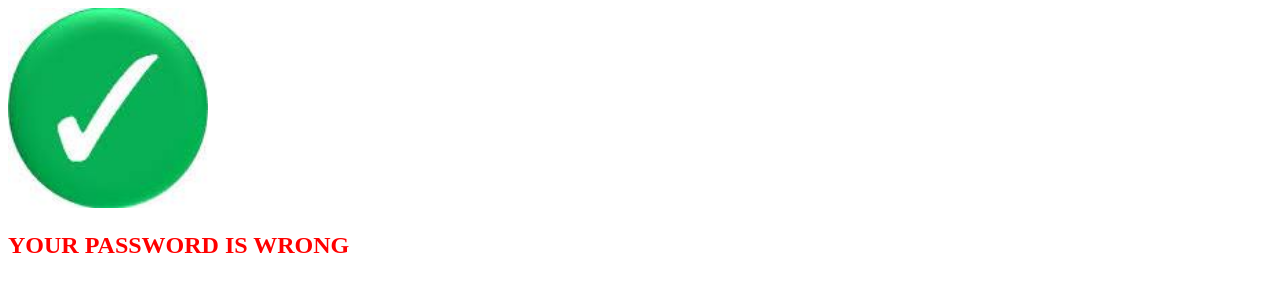
Repository: arindamslt/JEECoding
Page: http://localhost/JSP_Include_Forward_Demo/Display.jsp
The author's editor kept a copy of each file at every save. The page is drawn from the files as they stood at one save, then again after the next save.
The browser window is 1280 px wide. The pictures show the whole page.
The page is served by Tomcat 9.

Above is the page before, as saved 2025-07-17 14:55:15.

### JSP_Include_Forward_Demo/src/main/webapp/Display.jsp
<%@ page language="java" contentType="text/html; charset=ISO-8859-1"
    pageEncoding="ISO-8859-1"%>
 <jsp:include page="Img1.jsp"></jsp:include>
<!DOCTYPE html>
<html>
<head>
<meta charset="ISO-8859-1">
<title>Insert title here</title>
</head>
<body>
<h2 style="color:red;">YOUR PASSWORD IS WRONG</h2>
</body>
</html>

### JSP_Include_Forward_Demo/src/main/webapp/Img1.jsp
<%@ page language="java" contentType="text/html; charset=ISO-8859-1"
    pageEncoding="ISO-8859-1"%>
<!DOCTYPE html>
<html>
<head>
<meta charset="ISO-8859-1">
<title>Insert title here</title>
</head>
<body>
<img src="data:[embedded picture, 4267 characters]"
width="200px"
height="200px"
alt="NO IMAGE"
/>
</body>
</html>

### JSP_Include_Forward_Demo/src/main/webapp/Img2.jsp
<%@ page language="java" contentType="text/html; charset=ISO-8859-1"
    pageEncoding="ISO-8859-1"%>
<!DOCTYPE html>
<html>
<head>
<meta charset="ISO-8859-1">
<title>Insert title here</title>
</head>
<body>
<img src="data:[embedded picture, 5314 characters]"
height="200px"
width="200px"
alt="NO IMAGE"/>
</body>
</html>

After the next save:
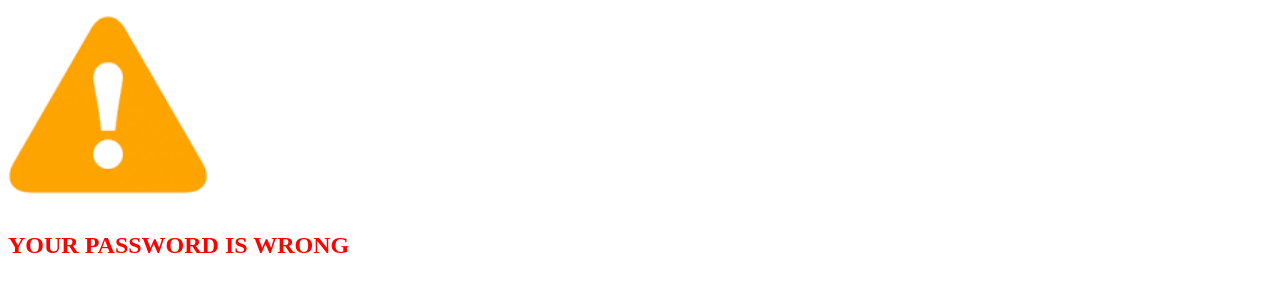
Saved 21 s later.
--- a/JSP_Include_Forward_Demo/src/main/webapp/Display.jsp
+++ b/JSP_Include_Forward_Demo/src/main/webapp/Display.jsp
@@ -1,6 +1,6 @@
 <%@ page language="java" contentType="text/html; charset=ISO-8859-1"
     pageEncoding="ISO-8859-1"%>
- <jsp:include page="Img1.jsp"></jsp:include>
+ <jsp:include page="Img2.jsp"></jsp:include>
 <!DOCTYPE html>
 <html>
 <head>
